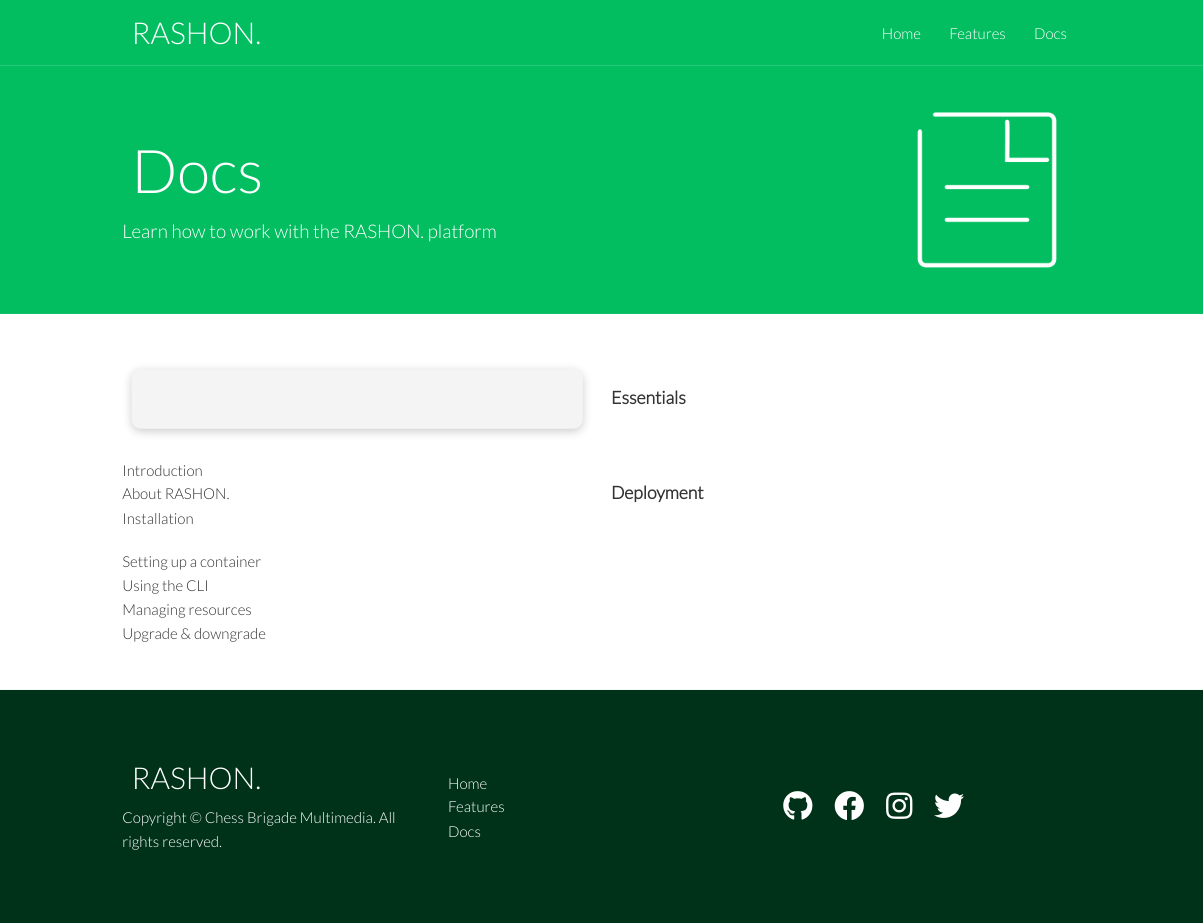
Repository: Skilis/website-modern
Page: docs.html
The author's editor kept a copy of each file at every save. The page is drawn from the files as they stood at one save, then again after the next save.
The browser window is 1280 px wide. The pictures show the whole page, at 94% of full size.

Above is the page before, as saved 2020-10-23 18:01:09.

After the next save:
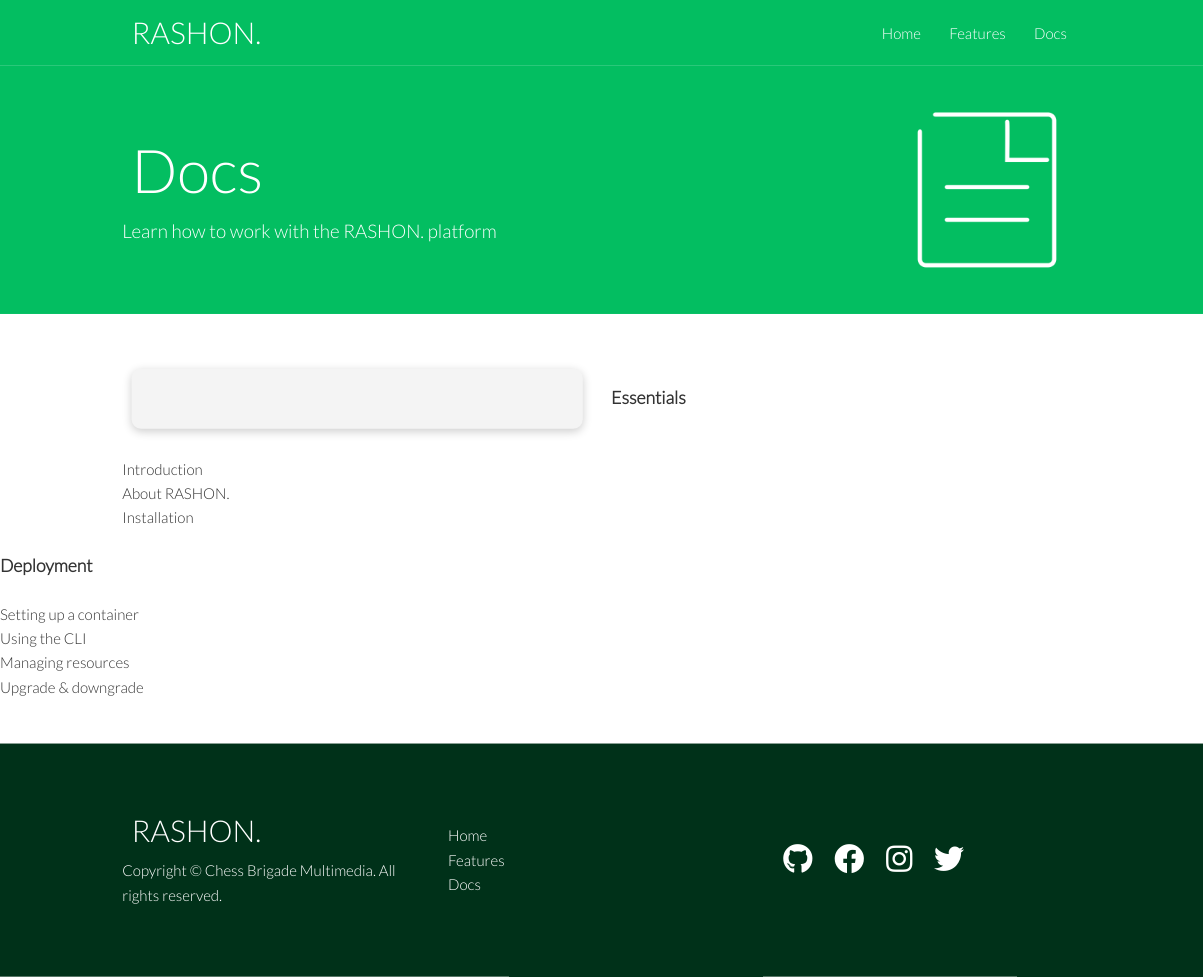
Saved 117 s later.
--- a/docs.html
+++ b/docs.html
@@ -53,16 +53,17 @@
           <li><a href="#">Installation</a></li>
         </ul>
       </nav>
+    </div>
 
-      <h3 class="my-2">Deployment</h3>
-      <nav>
-        <ul>
-          <li><a href="#">Setting up a container</a></li>
-          <li><a href="#">Using the CLI</a></li>
-          <li><a href="#">Managing resources</a></li>
-          <li><a href="#">Upgrade & downgrade</a></li>
-        </ul>
-      </nav>
+    <h3 class="my-2">Deployment</h3>
+    <nav>
+      <ul>
+        <li><a href="#">Setting up a container</a></li>
+        <li><a href="#">Using the CLI</a></li>
+        <li><a href="#">Managing resources</a></li>
+        <li><a href="#">Upgrade & downgrade</a></li>
+      </ul>
+    </nav>
     </div>
     </div>
   </section>

After the save that followed:
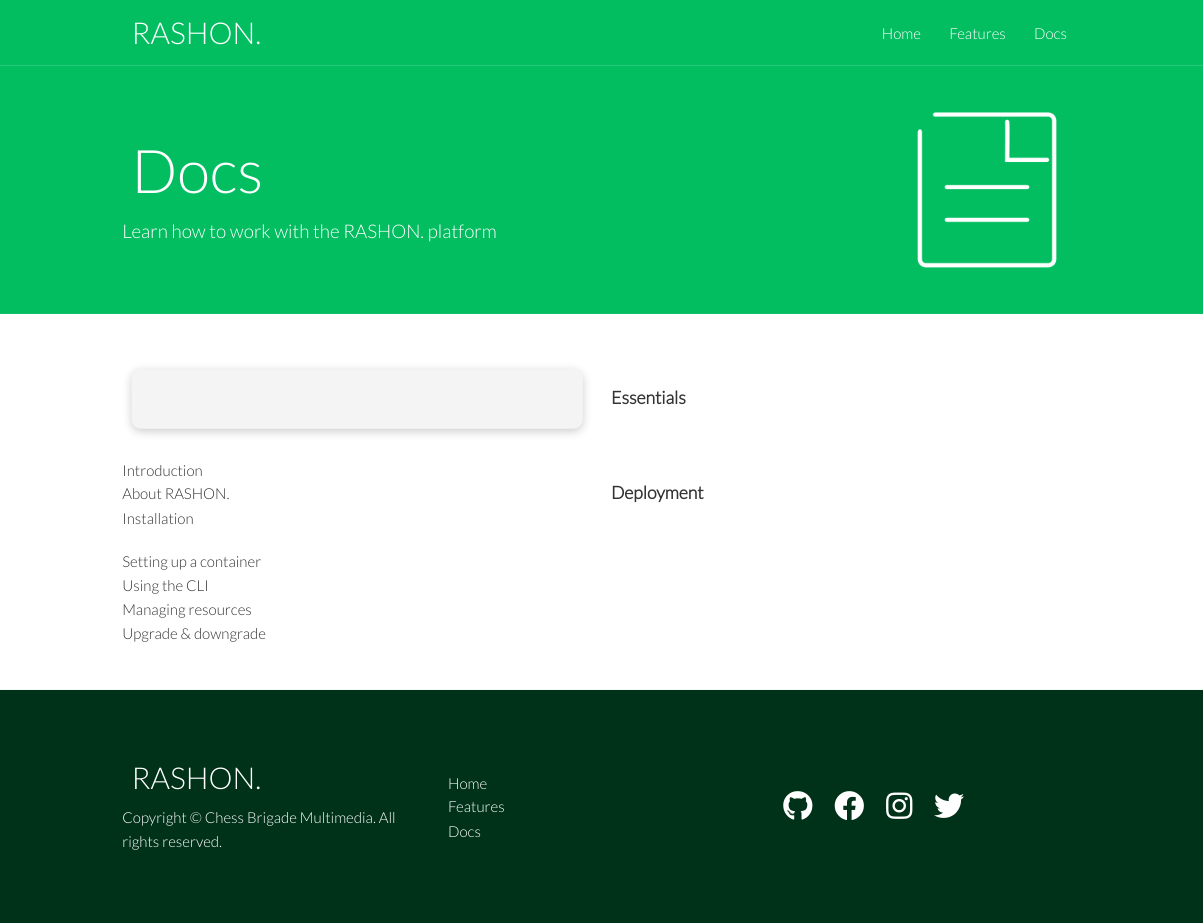
Saved 39 s later.
--- a/docs.html
+++ b/docs.html
@@ -53,17 +53,17 @@
           <li><a href="#">Installation</a></li>
         </ul>
       </nav>
-    </div>
 
-    <h3 class="my-2">Deployment</h3>
-    <nav>
-      <ul>
-        <li><a href="#">Setting up a container</a></li>
-        <li><a href="#">Using the CLI</a></li>
-        <li><a href="#">Managing resources</a></li>
-        <li><a href="#">Upgrade & downgrade</a></li>
-      </ul>
-    </nav>
+
+      <h3 class="my-2">Deployment</h3>
+      <nav>
+        <ul>
+          <li><a href="#">Setting up a container</a></li>
+          <li><a href="#">Using the CLI</a></li>
+          <li><a href="#">Managing resources</a></li>
+          <li><a href="#">Upgrade & downgrade</a></li>
+        </ul>
+      </nav>
     </div>
     </div>
   </section>
